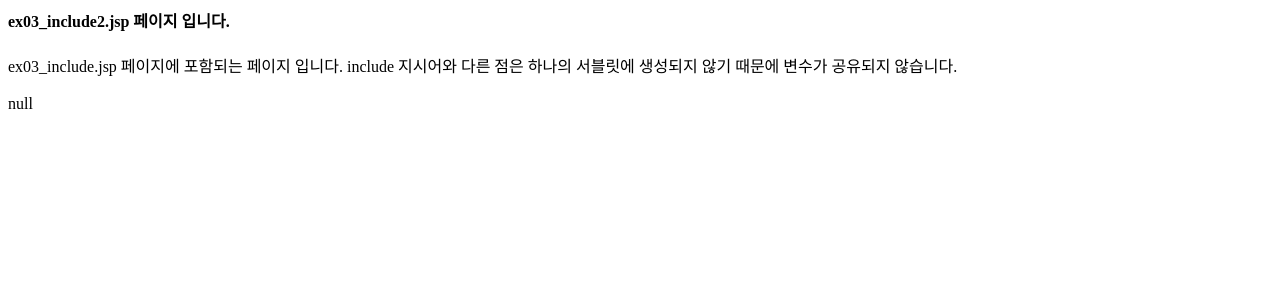
Repository: WONDongin/GoodeeAcademy_JAVA
Page: http://localhost/jspStudy/ex06_pageContext/ex03_include2.jsp
These files come from the project's save history. The page is drawn as it stood at one moment and after the next save; the edit follows.
The browser window is 1280 px wide. The pictures show the whole page.
The page is served by Tomcat 9.

Above is the page before, as saved 2025-04-02 03:44:27.

### jsp_study/jspStudy/src/main/webapp/ex06_pageContext/ex03_include2.jsp
<%@ page language="java" contentType="text/html; charset=UTF-8"
    pageEncoding="UTF-8"%>
<h4>ex03_include2.jsp 페이지 입니다.</h4>
<p>
	ex03_include.jsp 페이지에 포함되는 페이지 입니다.
	include 지시어와 다른 점은 하나의 서블릿에 생성되지 않기 때문에 변수가 공유되지 않습니다.<br/>
	<%
		// System.out.println(msg);
	%>
	<br/><%= request.getParameter("test") %>
</p>

After the next save:
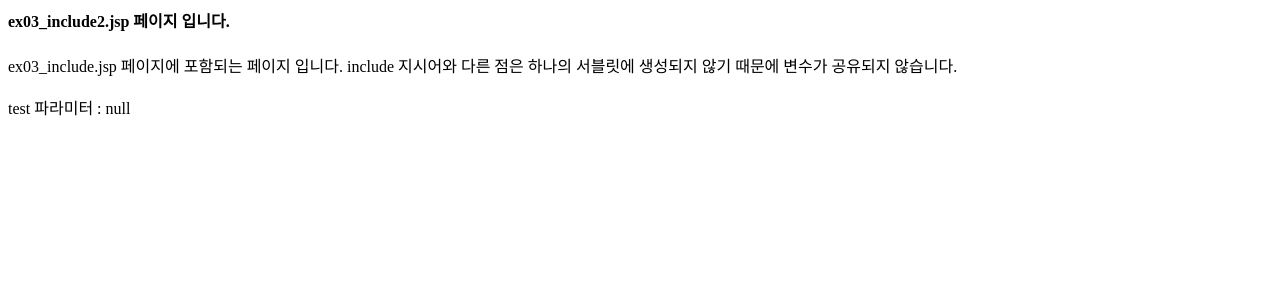
Saved 29 s later.
--- a/jsp_study/jspStudy/src/main/webapp/ex06_pageContext/ex03_include2.jsp
+++ b/jsp_study/jspStudy/src/main/webapp/ex06_pageContext/ex03_include2.jsp
@@ -7,5 +7,5 @@
 	<%
 		// System.out.println(msg);
 	%>
-	<br/><%= request.getParameter("test") %>
+	<br/>test 파라미터 :  <%= request.getParameter("test") %>
 </p>
